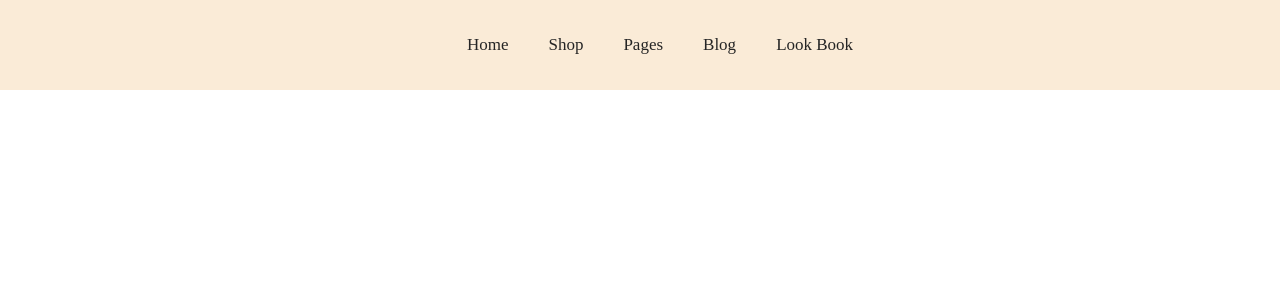
Repository: MorgunovaAlexandra/beauti
Page: index.html
These files come from the project's save history. The page is drawn as it stood at one moment and after the next save; the edit follows.
The browser window is 1280 px wide. The pictures show the whole page.

Above is the page before, as saved 2022-08-24 12:29:54.

After the next save:
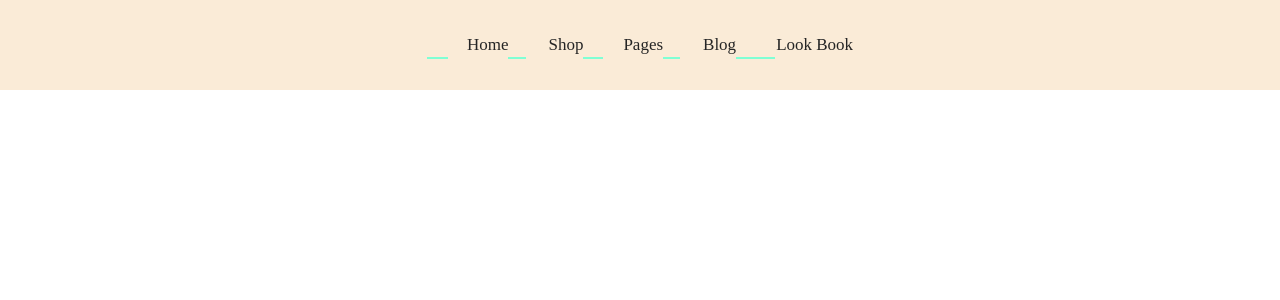
Saved 4 s later.
--- a/style.css
+++ b/style.css
@@ -61,7 +61,7 @@ a{
 }
 a::after{
     position: absolute;
-    bott
+    bottom: -5px;
     content: "";
     display: block;
     height: 2px;
